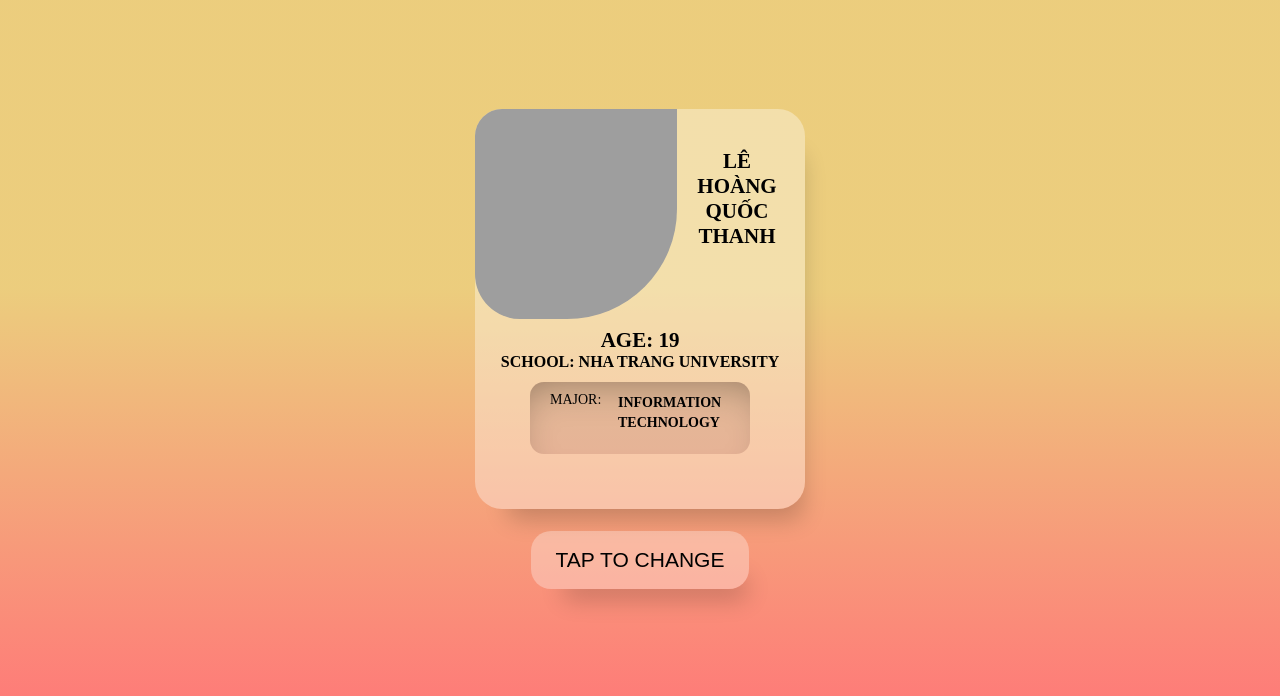
Repository: ThanhThn/profile
Page: index.html
These files come from the project's save history. The page is drawn as it stood at one moment and after the next save; the edit follows.
The browser window is 1280 px wide. The pictures show the whole page.
Pictures or frames that could not be fetched are drawn as grey boxes. Some web fonts or font styles are not loaded; a fallback is used.

Above is the page before, as saved 2022-12-05 20:31:35.

### index.html
<!DOCTYPE html>
<html lang="en">
<head>
    <meta charset="UTF-8">
    <meta http-equiv="X-UA-Compatible" content="IE=edge">
    <meta name="viewport" content="width=device-width, initial-scale=1.0">
    <title>Document</title>
    <link rel="stylesheet" href="style.css">
</head>
<body>
    <div class="container">
        <div class="content">
            <img src="avata.jpg" alt="avatar">
            <span class="name">LÊ hoàng quốc thanh</span>
            <span class="age" ></span>
            <span id="school">school: nha trang university</span>
            <div class="major">
                <span id = "major">Major:</span>
                <span id = "major--name">information technology</span>
            </div>
        </div>
        <button class="btn">tap to change</button>
    </div>

    <script>
        var ages = new Date().getFullYear() - 2003;
        var text = document.getElementsByClassName("age");
        for(let i = 0; i < text.length; i++){
            text[i].innerHTML = `age: ${ages}`;
        }
    </script>
</body>
</html>

### style.css
@import url('https://fonts.googleapis.com/css2?family=Kodchasan:wght@700&family=Lemonada:wght@300;600;700&family=Pacifico&display=swap');
*{
    padding: 0;
    margin: 0;
    box-sizing: border-box;
}

body{
    background:  linear-gradient( to bottom, rgba(223, 172,39,60%) 40%, rgba(255,22,22,58%) 100% );
    width: 100%;
    height: 100vh;
}
.container{
    position: absolute;
    top: 50%;
    left: 50%;
    transform: translate(-50%, -50%);
    display: flex;
    flex-direction: column;
    align-items: center;
}

.content{
    width: 330px;
    height: 400px;
    background: rgba(255, 255, 255, 35%);
    border-radius: 27px;
    box-shadow: rgba(0, 0, 0, .2) 15px 28px 25px -18px;
}

.content img{
    width: 202px;
    height: 210px;
    border-radius: 27px 0 110px 45px;
    object-fit: cover;
    object-position: -32px 0;
}
span{
    width: 104px;
    font-size: 21px;
    text-transform: uppercase;
    font-weight: 700;
    font-family: 'Lemonada', cursive;
}
.content .name{
    position: absolute;
    text-align: center;
    top: 40px;
    left: 210px;
}

.content .age{
    display: block;
    position: relative;
    width: 100%;
    top: 5px;
    text-align: center;
}
#school{
    font-size: 16px;
    font-weight: 600;
    display: block;
    width: 100%;
    text-align: center;
    position: relative;
    top:5px;
}

.major{
    width: 220px;
    height: 72px;
    background-color: rgba(126, 48, 40, .15);
    border-radius: 14px;
    box-shadow: 3px 20px 39px -19px rgba(0,0,0,0.35) inset;
    -webkit-box-shadow: 3px 20px 39px -19px rgba(0,0,0,0.35) inset;
    -moz-box-shadow: 3px 20px 39px -19px rgba(0,0,0,0.35) inset;
    margin: 16px auto 0 auto;
    padding: 8px 0 0 20px ;
    position: relative;
}

.major #major{
    font-weight: 300;
    font-size: 14px;
}

.major #major--name{
    display: block;
    position: absolute;
    top: 15%;
    left: 40%;
    font-weight: 600;
    font-size: 14px;
    line-height: 20px;
}
.btn{
    background: rgba(255, 255, 255, .3);
    width: 218px;
    height: 58px;
    border-radius: 20px;
    border: none;
    margin: 22px;
    font-family: 'Kodchasan', sans-serif;
    font-size: 21px;
    text-transform: uppercase;
    box-shadow: rgba(0, 0, 0, .2) 15px 28px 25px -18px;
    background-position: 0 90%;
    background-repeat: repeat no-repeat;

}

.btn:hover {
    box-shadow: rgba(0, 0, 0, .3) 2px 8px 8px -5px;
    transform: translate3d(0, 2px, 0);
}


.btn:focus {
  box-shadow: rgba(0, 0, 0, .3) 2px 8px 4px -6px;
}

After the next save:
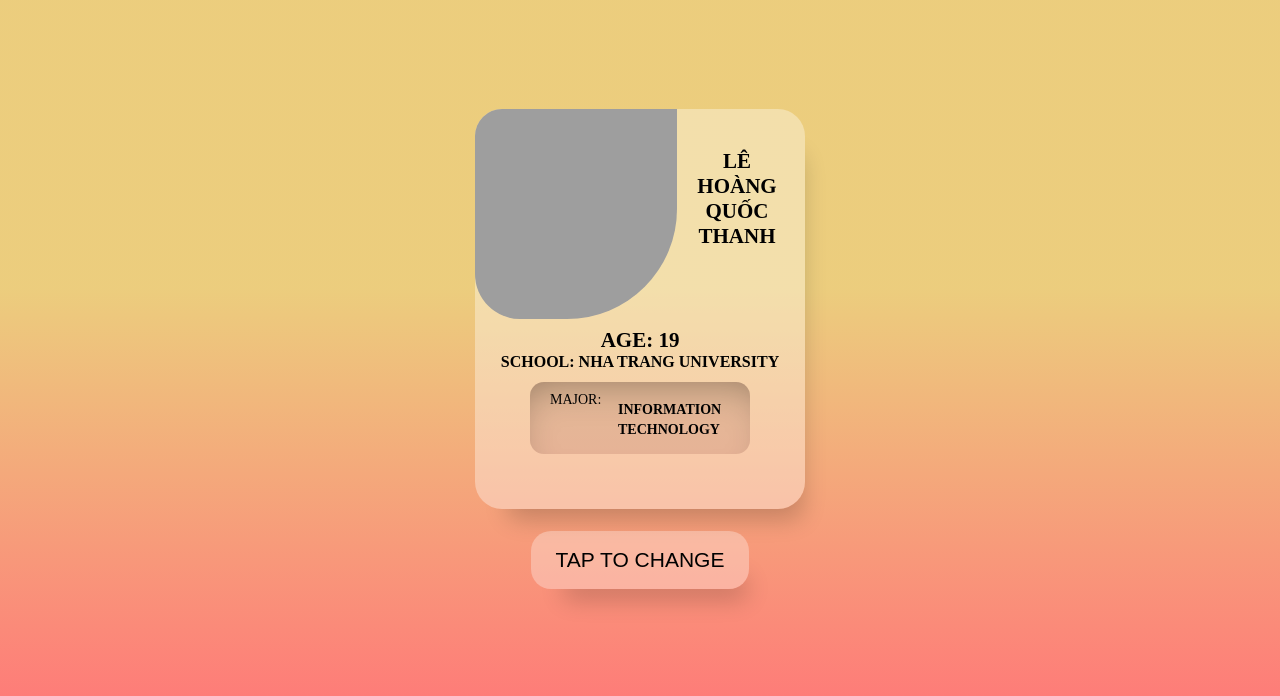
Saved 15 s later.
--- a/style.css
+++ b/style.css
@@ -87,7 +87,7 @@ span{
 .major #major--name{
     display: block;
     position: absolute;
-    top: 15%;
+    top: 25%;
     left: 40%;
     font-weight: 600;
     font-size: 14px;
